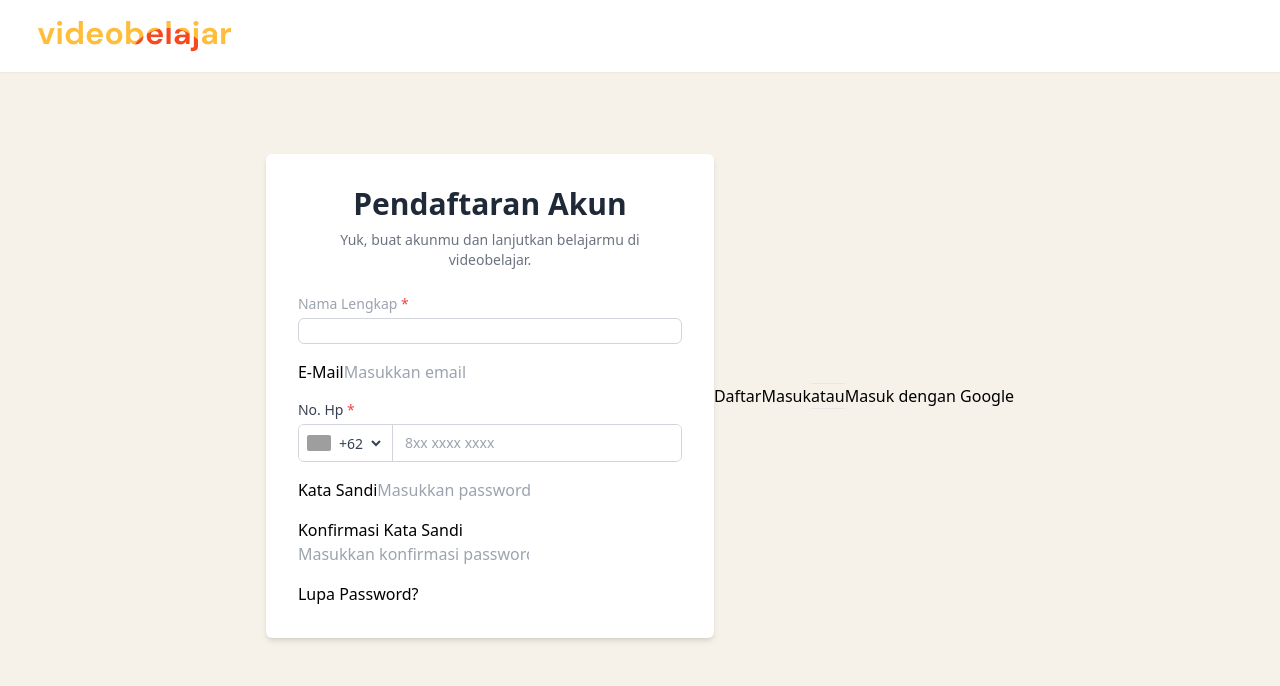
Repository: dimascahyanugraha/Course-Mission-4
Page: /signup
An editor plug-in stored every save of this project. The page is shown before and after the next save, followed by the edit.
The browser window is 1280 px wide. The pictures show the whole page.
Pictures or frames that could not be fetched are drawn as grey boxes. The project was rebuilt for these pictures with package versions that can differ from the ones it lists, and the page was loaded fresh each time. Also part of the build but not shown: vite.config.js, src/components/LoginPage.jsx.

Above is the page before, as saved 2026-05-29 11:01:54.

After the next save:
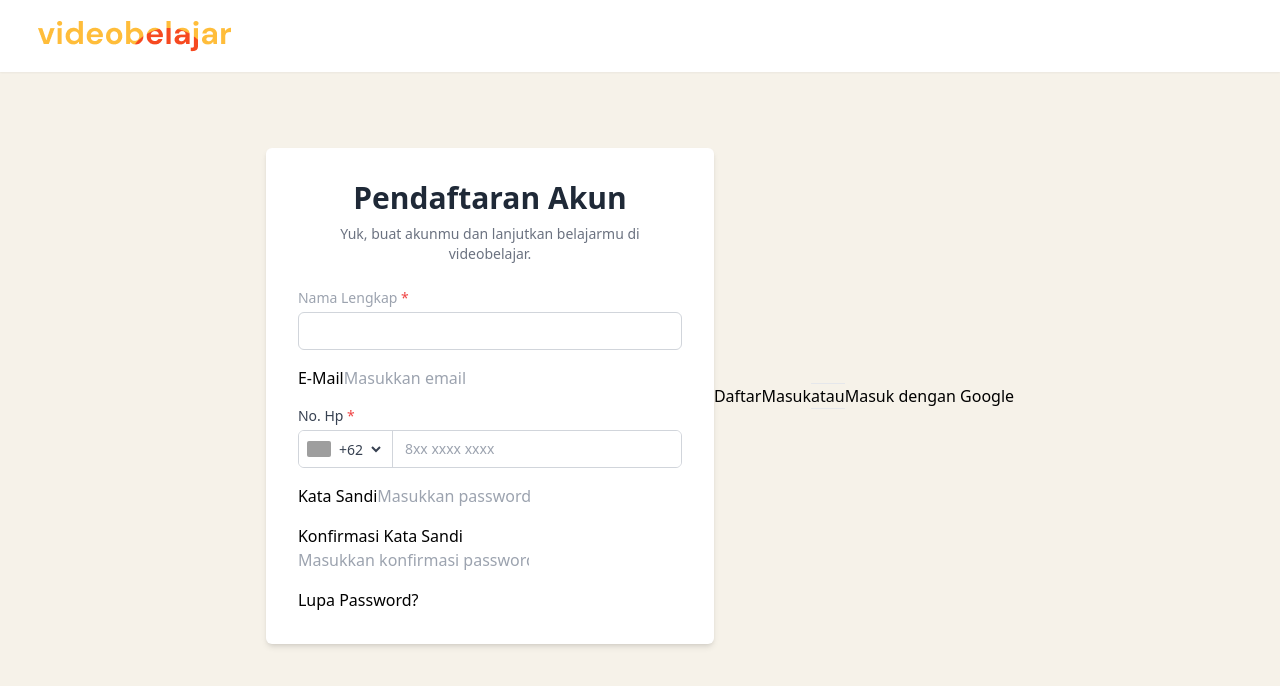
Saved 22 s later.
--- a/src/components/Signup.jsx
+++ b/src/components/Signup.jsx
@@ -23,7 +23,7 @@
               </label>
               <input
                 type="name"
-                className="mt-1 w-full border border-gray-300 rounded-md"
+                className="mt-1 w-full border border-gray-300 rounded-md px-3 py-2 text-sm focus:outline-none focus:ring-2 focus:ring-green-500"
               />
             </div>
             <div>

After the save that followed:
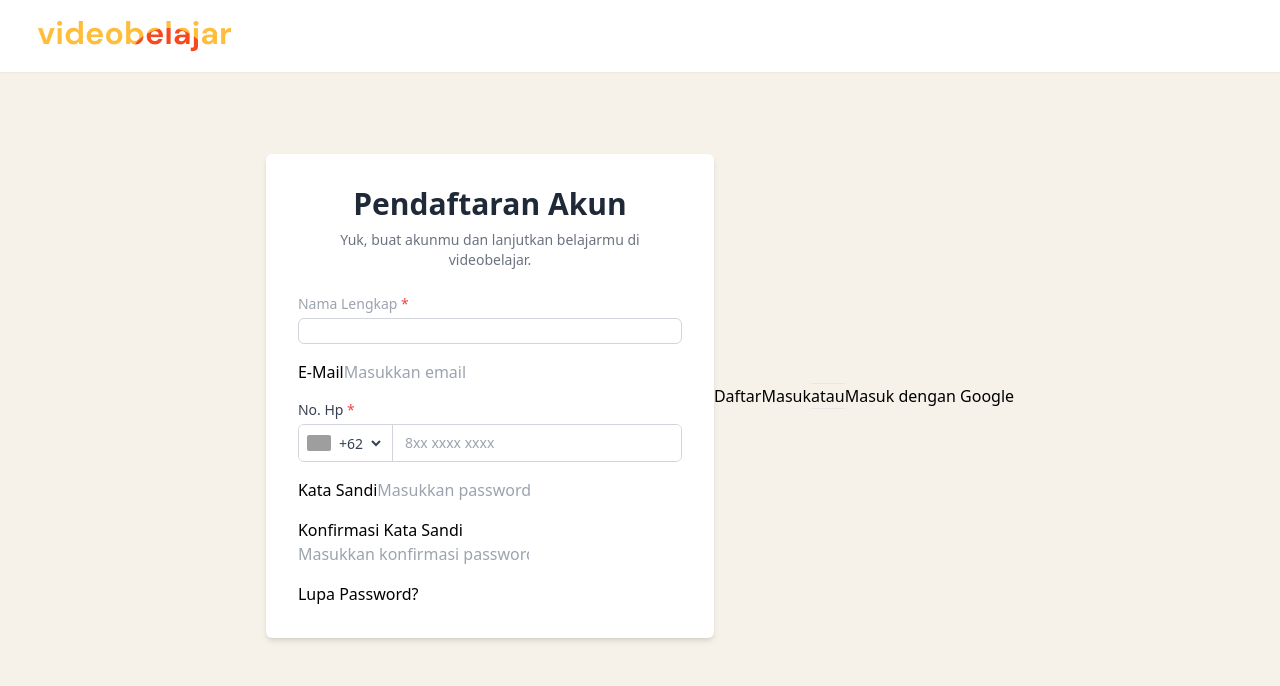
Saved 11 s later.
--- a/src/components/Signup.jsx
+++ b/src/components/Signup.jsx
@@ -23,7 +23,7 @@
               </label>
               <input
                 type="name"
-                className="mt-1 w-full border border-gray-300 rounded-md px-3 py-2 text-sm focus:outline-none focus:ring-2 focus:ring-green-500"
+                className="mt-1 w-full border border-gray-300 rounded-md px"
               />
             </div>
             <div>
